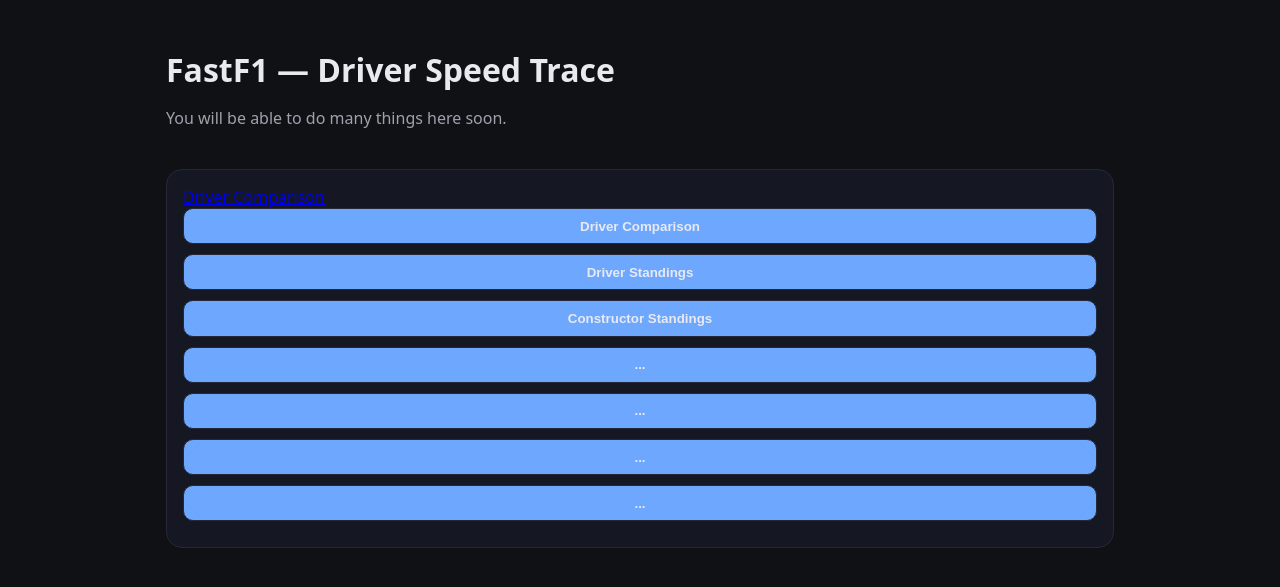
Repository: gqnsptaa/fastf1_web_preview
Page: http://localhost/menu
These files come from the project's save history. The page is drawn as it stood at one moment and after the next save; the edit follows.
The browser window is 1280 px wide. The pictures show the whole page.
The page is served by the project's application, run on Flask 3 (app.py).

Above is the page before, as saved 2025-09-22 16:58:35.

After the next save:
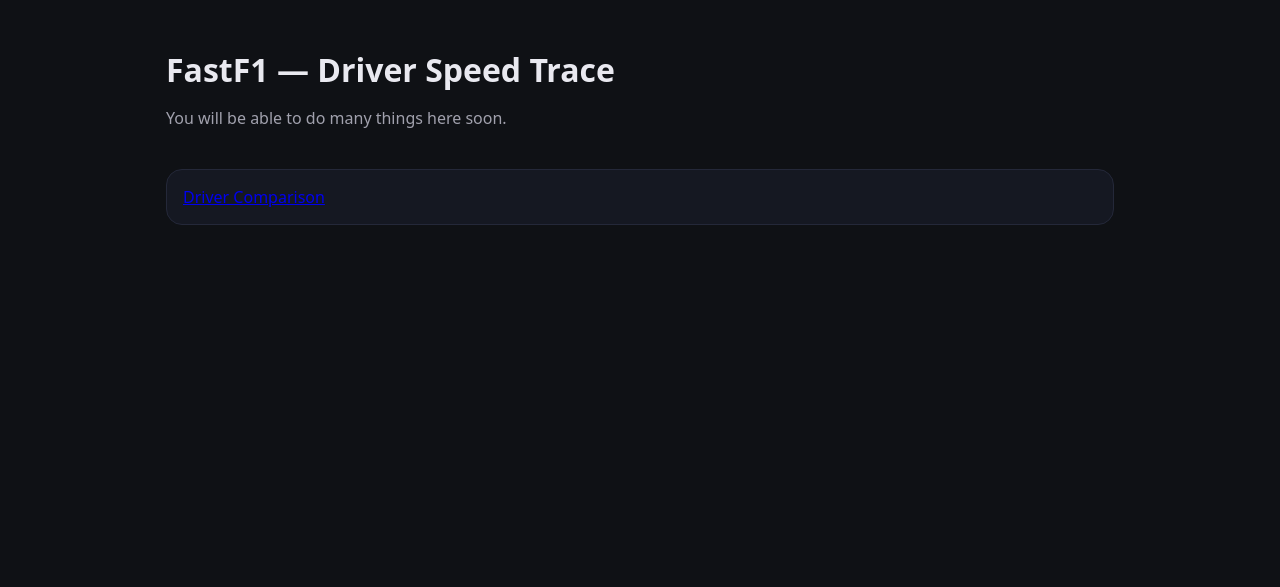
Saved 9 s later.
--- a/templates/menu.html
+++ b/templates/menu.html
@@ -20,15 +20,6 @@
           <a class="menu-btn" href="{{ url_for('index') }}"
             >Driver Comparison</a
           >
-          <button class="menu-btn" href="{{ url_for('index') }}">
-            Driver Comparison
-          </button>
-          <button class="menu-btn" type="submit">Driver Standings</button>
-          <button class="menu-btn" type="submit">Constructor Standings</button>
-          <button class="menu-btn" type="submit">...</button>
-          <button class="menu-btn" type="submit">...</button>
-          <button class="menu-btn" type="submit">...</button>
-          <button class="menu-btn" type="submit">...</button>
         </div>
       </div>
     </div>
